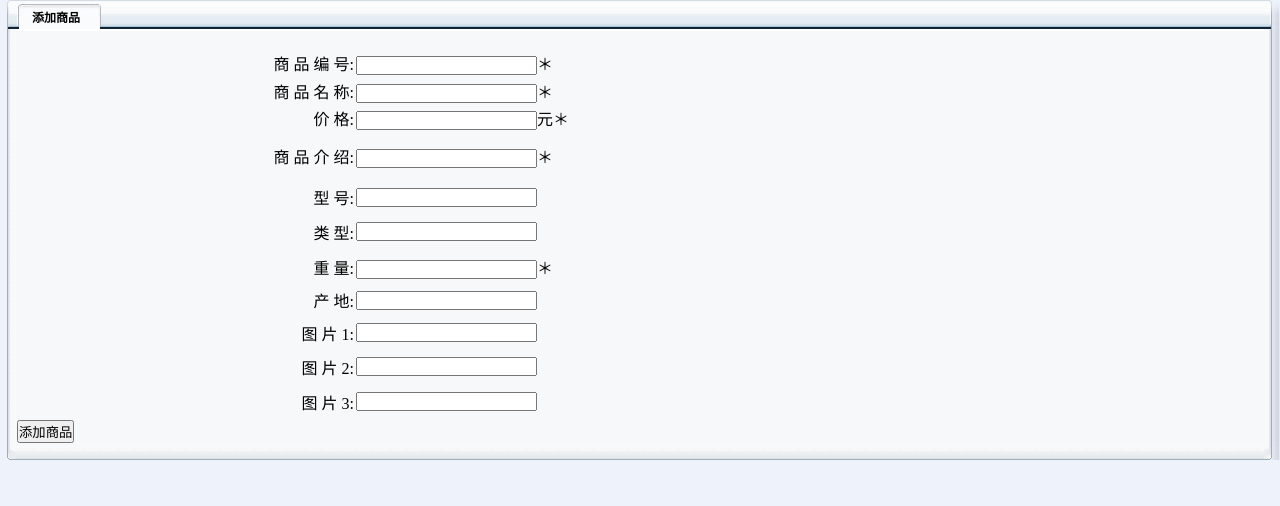
Repository: wzhcxw/shop
Page: ShopOnline/WebContent/admin/addsku.html
These files come from the project's save history. The page is drawn as it stood at one moment and after the next save; the edit follows.
The browser window is 1280 px wide. The pictures show the whole page.

Above is the page before, as saved 2014-09-26 03:21:20.

### ShopOnline/WebContent/admin/addsku.html
<link href="../admin/images/skin.css" rel="stylesheet" type="text/css" />
<meta http-equiv="Content-Type" content="text/html; charset=UTF-8" />
<head>
	<script src="../admin/js/ckeditor.js"></script>
	<script  src="../js/jquery-1.7.2.min.js"></script>
	<script  src="../js/jsbase64.js"></script>
	<script  src = "../js/json.js"></script>


	<script>

		function postss(){
			alert("postss");
	        var shangpinid =document.getElementById("shangpinid").value;
	        alert(shangpinid);
	        var name =	document.getElementById("name").value;
	        var price =	document.getElementById("price").value;
	        var dscr =	document.getElementById("dscr").value;
	        var guige =	document.getElementById("guige").value;
	        var type =	document.getElementById("type").value;
	        var zhongliang =	document.getElementById("zhongliang").value;
	        var chandi =	document.getElementById("chandi").value;
	        var image1 =	document.getElementById("image1").value;
	        var image2 =	document.getElementById("image2").value;
	        var image3 =	document.getElementById("image3").value;
			alert("yes");
			var jsonStr = {name:name,shangpinid:shangpinid,price:price,dscr:dscr,guige:guige,type:type,zhongliang:zhongliang,chandi:chandi,iamageurl1:image1,iamageurl2:image2,iamageurl3:image3};
			jsonStr = JSON.stringify(jsonStr);
			alert(jsonStr);
			var  urll = "./admin/shangpin/addshangpin.do";

		    $.post(urll,jsonStr,
		    function(data){
		      if(data.flag == "0"){
		      	alert(data.message);


		      }

		    });
		 }


	</script>


</head>
<style type="text/css">
<!--
body {
margin-left: 0px;
margin-top: 0px;
margin-right: 0px;
margin-bottom: 0px;
background-color: #EEF2FB;
}
-->
</style>

<style type="text/css">
*{margin:0;padding:0;}
tr{}
.tal{text-align:right;}
</style>

<body>
<table width="100%" border="0" cellpadding="0" cellspacing="0">
<tr>
<td width="17" valign="top" background="../admin/images/mail_leftbg.gif"><img src="../admin/images/left-top-right.gif" width="17" height="29" /></td>
<td valign="top" background="../admin/images/content-bg.gif"><table width="100%" height="31" border="0" cellpadding="0" cellspacing="0" class="left_topbg" id="table2">
<tr>
<td height="31"><div class="titlebt">添加商品</div></td>
</tr>
</table></td>
<td width="16" valign="top" background="../admin/images/mail_rightbg.gif"><img src="../admin/images/nav-right-bg.gif" width="16" height="29" /></td>
</tr>
<tr>
<td valign="middle" background="../admin/images/mail_leftbg.gif">&nbsp;</td>
<td valign="top" bgcolor="#F7F8F9">&nbsp;


<body  id= mainbody  >
 	<br>
	<table width="1000">
        <tr >
        	<td  class="tal" width="333" height="22">商 品 编 号:</td>
           <td  class = "taa" width="655"><input id="shangpingid" width="100"></input>＊</td>
        </tr>
                <tr>
        	<td class="tal"  height="27">商 品 名 称:</td>
           <td><input id="name" width="200"></input>＊</td>
        </tr>
                <tr>
        	<td class="tal"  >价 格:</td>
           <td><input  id="price"  width="50">元＊</input></td>
        </tr>
                <tr>
        	<td height="48" class="tal"  >商 品 介 绍:</td>
           <td><input  id="dscr" width="350" height="100">＊</input></td>
        </tr>
                <tr>
        	<td height="30" class="tal"  >型 号:</td>
           <td><input  id="guige" width="50"></input></td>
        </tr>
                <tr>
        	<td height="35" class="tal"  >类 型:</td>
           <td><input id="type"  width="50"></input></td>
        </tr>
                        <tr>
        	<td height="32" class="tal"  >重 量:</td>
           <td><input  id="zhongliang"  width="50">＊</input></td>
        </tr>
                        <tr>
        	<td height="30" class="tal"  >产 地:</td>
           <td><input  id="chandi"  width="50"></input></td>
        </tr>

         <tr>
        	<td height="31" class="tal"  >图 片 1:</td>
           <td><input id="image1"  width="350"></input></td>
        </tr>
                            <tr>
        	<td height="33" class="tal"  >图 片 2:</td>
           <td><input id="image2" width="350"></input></td>
        </tr>
                                <tr>
        	<td height="33" class="tal"  >图 片 3:</td>
           <td><input id="image2"  width="350"></input></td>
        </tr>
    </table>


<button size="20"  onclick="postss()" id="addbutton">添加商品</button>
</body>





</td>
<td background="../admin/images/mail_rightbg.gif">&nbsp;
</td>
</tr>
<tr>
<td valign="bottom" background="../admin/images/mail_leftbg.gif"><img src="../admin/images/buttom_left2.gif" width="17" height="17" /></td>
<td background="../admin/images/buttom_bgs.gif"><img src="../admin/images/buttom_bgs.gif" width="17" height="17"></td>
<td valign="bottom" background="../admin/images/mail_rightbg.gif"><img src="../admin/images/buttom_right2.gif" width="16" height="17" /></td>
</tr>
</table>
</body>

### ShopOnline/WebContent/js/jsbase64.js
/**
 * base64 de   en,
 */

function Base64() {

    // private property
    _keyStr = "ABCDEFGHIJKLMNOPQRSTUVWXYZabcdefghijklmnopqrstuvwxyz0123456789+/=";

    // public method for encoding
    this.encode = function (input) {
        var output = "";
        var chr1, chr2, chr3, enc1, enc2, enc3, enc4;
        var i = 0;
        input = _utf8_encode(input);
        while (i < input.length) {
            chr1 = input.charCodeAt(i++);
            chr2 = input.charCodeAt(i++);
            chr3 = input.charCodeAt(i++);
            enc1 = chr1 >> 2;
            enc2 = ((chr1 & 3) << 4) | (chr2 >> 4);
            enc3 = ((chr2 & 15) << 2) | (chr3 >> 6);
            enc4 = chr3 & 63;
            if (isNaN(chr2)) {
                enc3 = enc4 = 64;
            } else if (isNaN(chr3)) {
                enc4 = 64;
            }
            output = output +
            _keyStr.charAt(enc1) + _keyStr.charAt(enc2) +
            _keyStr.charAt(enc3) + _keyStr.charAt(enc4);
        }

        return output;
    }

    // public method for decoding
    this.decode = function (input) {
        var output = "";
        var chr1, chr2, chr3;
        var enc1, enc2, enc3, enc4;
        var i = 0;
        input = input.replace(/[^A-Za-z0-9\+\/\=]/g, "");
        while (i < input.length) {
            enc1 = _keyStr.indexOf(input.charAt(i++));
            enc2 = _keyStr.indexOf(input.charAt(i++));
            enc3 = _keyStr.indexOf(input.charAt(i++));
            enc4 = _keyStr.indexOf(input.charAt(i++));
            chr1 = (enc1 << 2) | (enc2 >> 4);
            chr2 = ((enc2 & 15) << 4) | (enc3 >> 2);
            chr3 = ((enc3 & 3) << 6) | enc4;
            output = output + String.fromCharCode(chr1);
            if (enc3 != 64) {
                output = output + String.fromCharCode(chr2);
            }
            if (enc4 != 64) {
                output = output + String.fromCharCode(chr3);
            }
        }
        output = _utf8_decode(output);
        return output;
    }

    // private method for UTF-8 encoding
    _utf8_encode = function (string) {
        string = string.replace(/\r\n/g,"\n");
        var utftext = "";
        for (var n = 0; n < string.length; n++) {
            var c = string.charCodeAt(n);
            if (c < 128) {
                utftext += String.fromCharCode(c);
            } else if((c > 127) && (c < 2048)) {
                utftext += String.fromCharCode((c >> 6) | 192);
                utftext += String.fromCharCode((c & 63) | 128);
            } else {
                utftext += String.fromCharCode((c >> 12) | 224);
                utftext += String.fromCharCode(((c >> 6) & 63) | 128);
                utftext += String.fromCharCode((c & 63) | 128);
            }

        }
        return utftext;
    }

    // private method for UTF-8 decoding
    _utf8_decode = function (utftext) {
        var string = "";
        var i = 0;
        var c = c1 = c2 = 0;
        while ( i < utftext.length ) {
            c = utftext.charCodeAt(i);
            if (c < 128) {
                string += String.fromCharCode(c);
                i++;
            } else if((c > 191) && (c < 224)) {
                c2 = utftext.charCodeAt(i+1);
                string += String.fromCharCode(((c & 31) << 6) | (c2 & 63));
                i += 2;
            } else {
                c2 = utftext.charCodeAt(i+1);
                c3 = utftext.charCodeAt(i+2);
                string += String.fromCharCode(((c & 15) << 12) | ((c2 & 63) << 6) | (c3 & 63));
                i += 3;
            }
        }
        return string;
    }
}

Loaded but not shown: ShopOnline/WebContent/admin/images/skin.css (common file); ShopOnline/WebContent/admin/js/ckeditor.js (library); ShopOnline/WebContent/js/jquery-1.7.2.min.js (library); ShopOnline/WebContent/js/json.js (493 lines, source omitted)

After the next save:
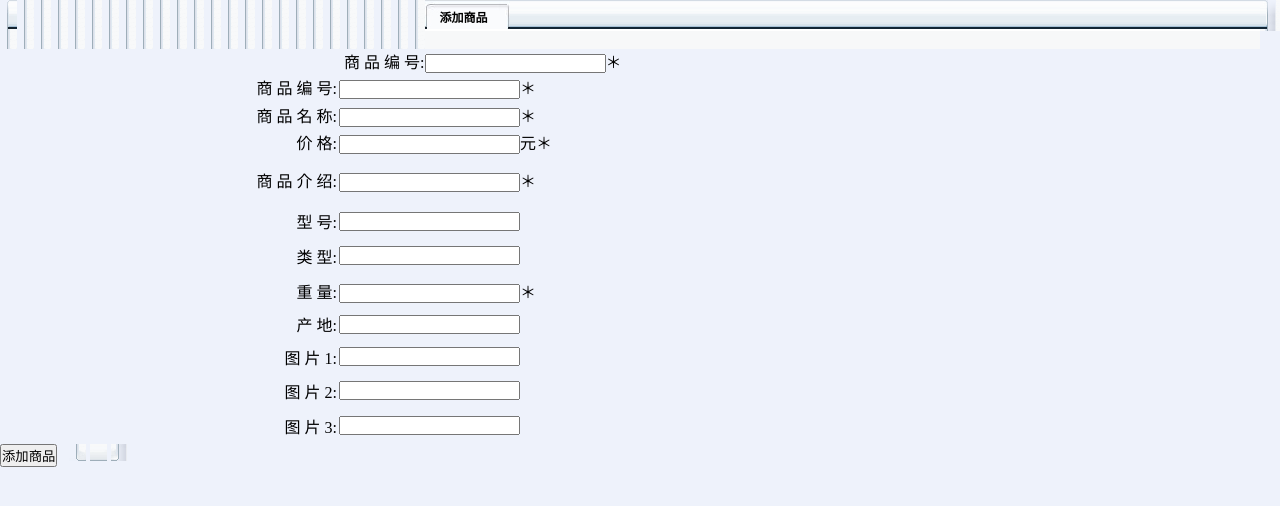
Saved 3 days later.
--- a/ShopOnline/WebContent/admin/addsku.html
+++ b/ShopOnline/WebContent/admin/addsku.html
@@ -81,6 +81,11 @@
 
 <body  id= mainbody  >
  	<br>
+
+ 	        <tr >
+        	<td  class="tal" width="333" height="22">商 品 编 号:</td>
+           <td  class = "taa" width="655"><input id="shangpingid" width="100"></input>＊</td>
+        </tr>
 	<table width="1000">
         <tr >
         	<td  class="tal" width="333" height="22">商 品 编 号:</td>

After the save that followed:
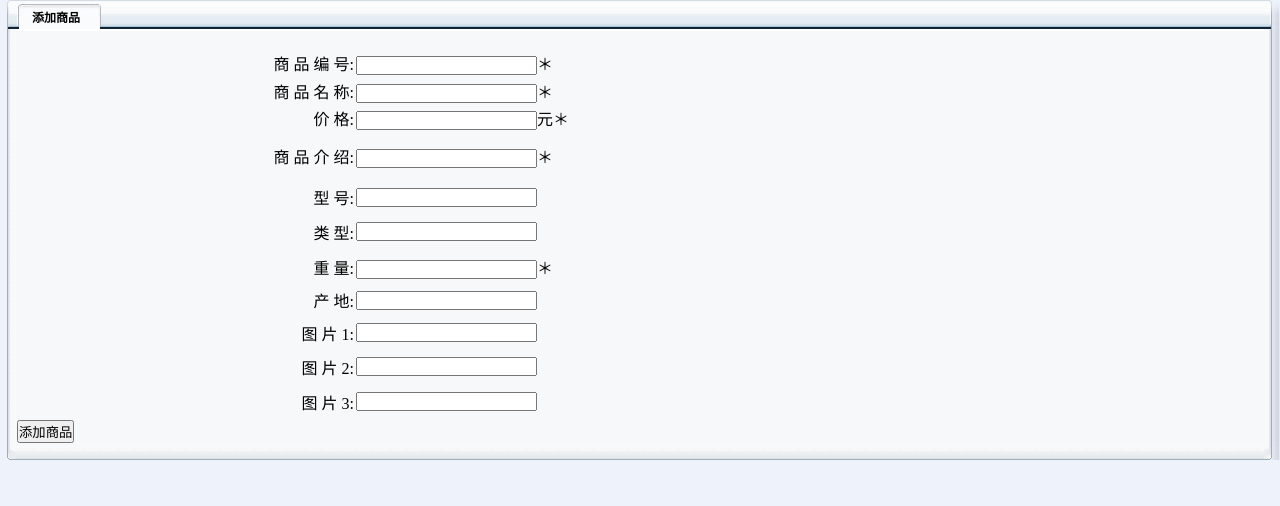
Saved 84 s later.
--- a/ShopOnline/WebContent/admin/addsku.html
+++ b/ShopOnline/WebContent/admin/addsku.html
@@ -81,11 +81,6 @@
 
 <body  id= mainbody  >
  	<br>
-
- 	        <tr >
-        	<td  class="tal" width="333" height="22">商 品 编 号:</td>
-           <td  class = "taa" width="655"><input id="shangpingid" width="100"></input>＊</td>
-        </tr>
 	<table width="1000">
         <tr >
         	<td  class="tal" width="333" height="22">商 品 编 号:</td>
